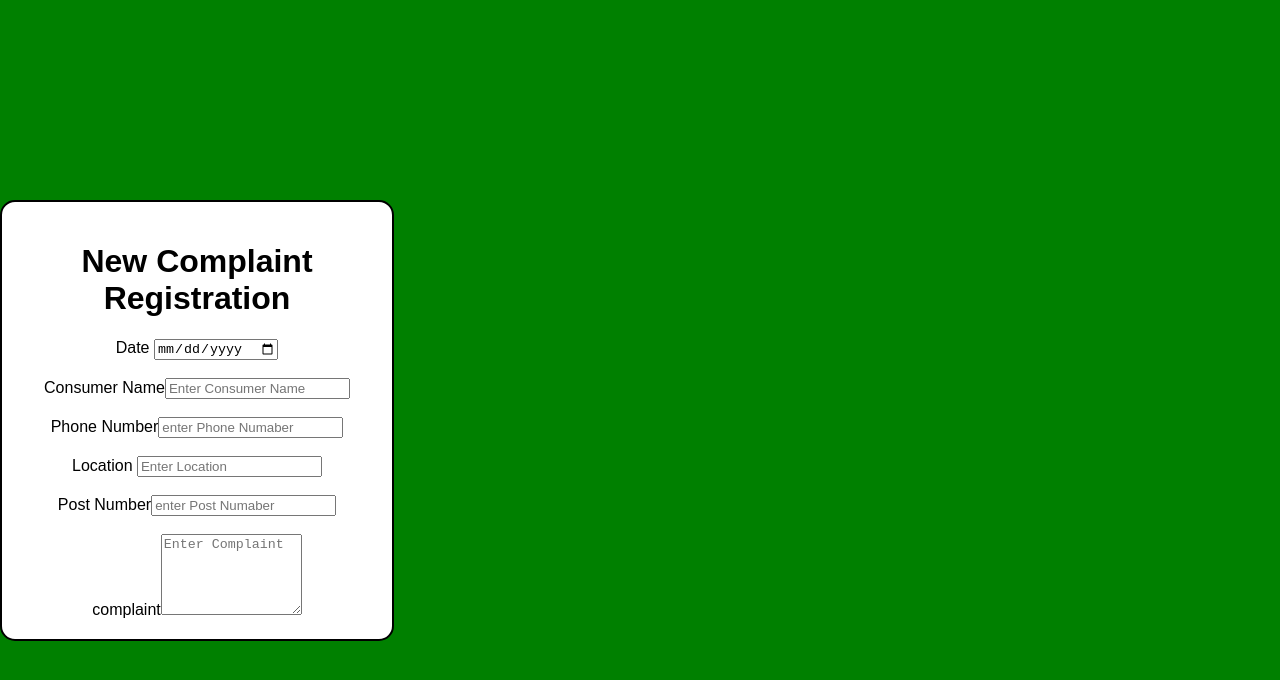
Repository: Jobinte/KSEB-PROJECT
Page: KSEB-complaint-management/WebContent/complaintRegistration.html
The author's editor kept a copy of each file at every save. The page is drawn from the files as they stood at one save, then again after the next save.
The browser window is 1280 px wide. The pictures show the whole page.

Above is the page before, as saved 2023-11-22 07:47:41.

### KSEB-complaint-management/WebContent/complaintRegistration.html
<!DOCTYPE html>
<html>
<head>
<meta charset="ISO-8859-1">
<title>complaint registration</title>


<link href="css/complaitReg.css" rel="stylesheet" type="text/css" />


</head>
<body>
	<div class="complaintReg">
		<h1 id="heading">New Complaint Registration</h1>

		<form action="#" name="complaintReg" id="complaintReg" method="post">
			Date <input type="date" /> <br> <br>
			Consumer Name<input type="text" name="consumerName" placeholder="Enter Consumer Name" /> <br> <br>
			Phone Number<input type="text" name="phone" placeholder="enter Phone Numaber " /> <br> <br>
			Location <input type="text" name="location" placeholder="Enter Location " /> <br> <br>
			Post Number<input type="text" name="post" placeholder="enter Post Numaber  " /> <br> <br>
			complaint<textarea rows="5" cols="15" name="complaint"  placeholder="Enter Complaint"></textarea>

			</form>
			</div>
			</body>
			</html>

### KSEB-complaint-management/WebContent/css/complaitReg.css
body{
	margin:0;
	padding:0;
	 background-color:green;
	 font-family:'arial';

}
#heading {
	color:black;
	font:Times new roman;

}
.complaintReg{
	width:350px;
	height:auto;

	padding:20px;
	margin-top:200px;
	border-radius:15px;
	 border : 2px solid;



	background-color:white;
	text-align:center;
}

After the next save:
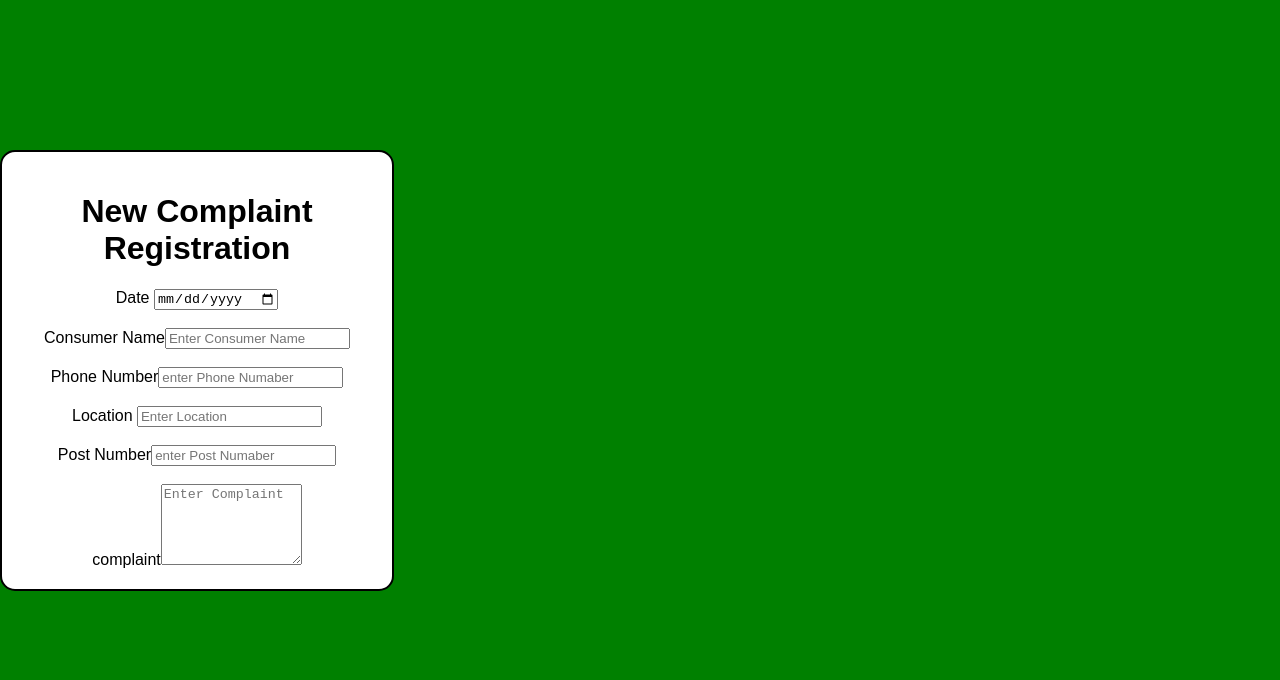
Saved 18 s later.
--- a/KSEB-complaint-management/WebContent/css/complaitReg.css
+++ b/KSEB-complaint-management/WebContent/css/complaitReg.css
@@ -15,7 +15,7 @@ body{
 	height:auto;
 
 	padding:20px;
-	margin-top:200px;
+	margin-top:150px;
 	border-radius:15px;
 	 border : 2px solid;
 
